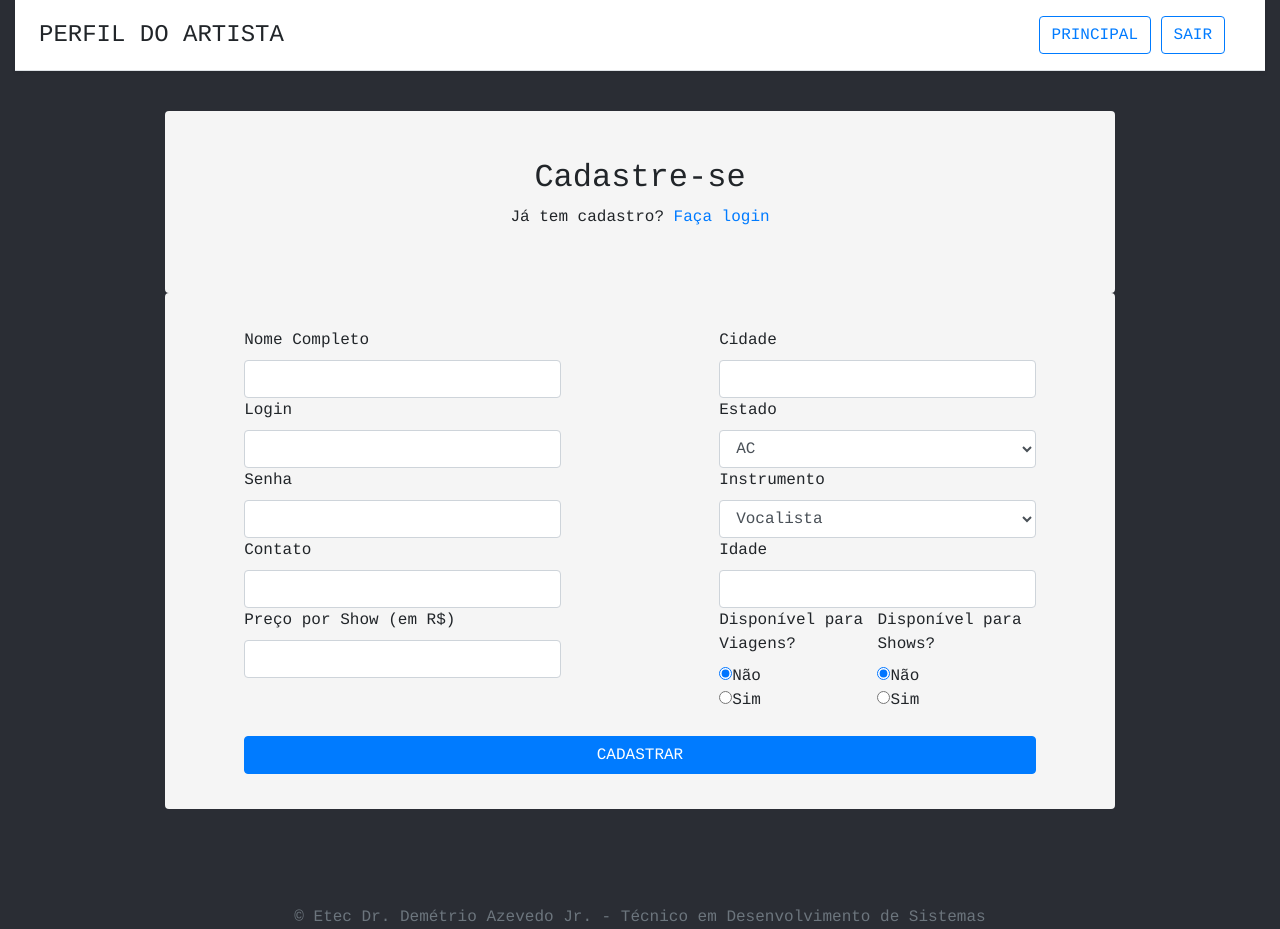
Repository: van051299/aula_20200211_crud
Page: http://localhost/perfil.php
An editor plug-in stored every save of this project. The page is shown before and after the next save, followed by the edit.
The browser window is 1280 px wide. The pictures show the whole page.
The page is run by PHP 8.4 with error messages shown; the project is at /var/www/html/. The session is filled in as if someone had signed in: {"login": "testuser"}. Other server files are loaded and not shown.

Above is the page before, as saved 2019-11-22 15:40:27.
Console error: TypeError: Cannot read properties of undefined (reading 'fn')

### 2511-v2.3/perfil.php
<?php
session_start();

include 'conexao.php';

if(empty($_SESSION["login"])){
	echo "<script>alert('Faça o login primeiramente!')</script>";
	header("Location:login.php");
}
?>

<!DOCTYPE html>
<html lang="pt-br">
	<head>
		<title>Perfil</title>
		<!-- Meta tags Obrigatórias -->
		<meta charset="utf-8" />
		<meta name="viewport" content="width=device-width, initial-scale=1, shrink-to-fit=no">
		<!-- Arquivo CSS Bootstrap -->
		<link rel="stylesheet" href="css/bootstrap.min.css" />
		<!-- Arquivo CSS do projeto -->
		<link rel="stylesheet" href="css/estilo.css" />
    <link rel="stylesheet" type="text/css" href="css/stylesheets.css">
		<!-- CSS interno -->
		<style>
		.container {
			max-width: 950px;

		}
		body {
			background-color: #2A2D34;
            font-family:courier,arial,helvetica;
		}
		</style>
  </head>

  <body>

    <div class="container-fluid">
        <div class="d-flex flex-column flex-md-row align-items-center p-3 px-md-4 mb-3 bg-white border-bottom shadow-sm">
            <h4 class="my-0 mr-md-auto font-weight-normal">PERFIL DO ARTISTA</h4>
            <nav class="my-2 my-md-0 mr-md-3">
				<a class="btn btn-outline-primary" href="index.php">PRINCIPAL</a>
				<a class="btn btn-outline-primary" href="logout.php">SAIR</a>
      </nav>
    </div>
    <br>

    <div class="py-5 text-center container rounded" style="background-color: #f5f5f5; padding-bottom: 35px; padding-top: 35px;">
        <h2>Cadastre-se</h2>
		      <p>Já tem cadastro?<a href="login.php"> Faça login</a></p>
      </div>

    <form action="" method="POST">
    <div class="container rounded " style="background-color: #f5f5f5; padding-bottom: 35px; padding-top: 35px;">
      <div class="row">
        <div class="col-1">

        </div>
      <div class="col-4 p-0">
        <label for="nome">Nome Completo</label>
        <input type="text" class="form-control " name="nome" id="nome" placeholder="" value="">
      </div>
      <div class="col-2 p-0">

      </div>
      <div class="col-4 p-0">
        <label for="cidade">Cidade</label>
        <input type="text" class="form-control" name="cidade" id="cidade" placeholder="" required>
      </div>
    </div>

        <div class="row">
          <div class="col-1">

          </div>
          <div class="col-4 p-0">
            <label for="login">Login</label>
            <input type="text" class="form-control" name="login" id="login" placeholder="" required>
          </div>
          <div class="col-2">

          </div>
          <div class="col-4 p-0">
            <label for="estado">Estado</label>
                <select class="form-control" name="estado" id="estado">
                    <option value="ac">AC</option>
                    <option value="al">AL</option>
                    <option value="ap">AP</option>
                    <option value="am">AM</option>
                    <option value="ba">BA</option>
                    <option value="ce">CE</option>
                    <option value="df">DF</option>
                    <option value="es">ES</option>
                    <option value="go">GO</option>
                    <option value="ma">MA</option>
                    <option value="ms">MS</option>
                    <option value="mt">MT</option>
                    <option value="mg">MG</option>
                    <option value="pa">PA</option>
                    <option value="pb">PB</option>
                    <option value="pr">PR</option>
                    <option value="pe">PE</option>
                    <option value="pi">PI</option>
                    <option value="rj">RJ</option>
                    <option value="rn">RN</option>
                    <option value="ro">RO</option>
                    <option value="rr">RR</option>
                    <option value="rs">RS</option>
                    <option value="sc">SC</option>
                    <option value="sp">SP</option>`
                    <option value="to">TO</option>
                    <option value="se">SE</option>
                </select>
          </div>
        </div>

        <div class="row">
          <div class="col-1">

          </div>
          <div class="col-4 p-0 ">
            <label for="senha">Senha</label>
            <input type="password" class="form-control" name="senha" id="senha" placeholder="" required>
          </div>
          <div class="col-2">

          </div>
          <div class="col-4 p-0">
            <label for="instrumento">Instrumento</label>
                <select class="form-control" name="instrumento" id="instrumento">
                    <option value="vocalista">Vocalista</option>
                    <option value="violao">Violão</option>
                    <option value="guitarra">Guitarra</option>
                    <option value="bateria">Bateria</option>
                    <option value="teclado">Teclado</option>
                    <option value="percussao">Percussão</option>
                    <option value="contrabaixo">Contrabaixo</option>
                    <option value="baixo">Baixo</option>
                    <option value="cavaquinho">Cavaquinho</option>
                    <option value="pandeiro">Pandeiro</option>
                </select>
          </div>
        </div>
        <div class="row">
          <div class="col-1">

          </div>
          <div class="col-4 p-0">
             <label for="contato">Contato</label>
              <input type="text" class="form-control" name="contato" id="contato" maxlength="15" required>
          </div>
          <div class="col-2">

          </div>
          <div class="col-4 p-0">
            <label for="idade">Idade</label>
            <input type="number" class="form-control" name="idade" id="idade" placeholder="" required>
          </div>
        </div>
        <div class="row">
          <div class="col-1">

          </div>
          <div class="col-4 p-0">
            <label for="preco">Preço por Show (em R$)</label>
            <input type="number" class="form-control" name="preco" id="preco" placeholder="" required>
          </div>
          <div class="col-2">

          </div>
          <div class="col-2 p-0">
            <label for="viagem">Disponível para Viagens?</label><br>
            <input type="radio"  name="viagem" value="nao" id="viagem" placeholder="" checked>Não<br>
            <input type="radio"  name="viagem" value="sim" id="viagem" placeholder="" >Sim
          </div>
          <div class="col-2 p-0">
            <label for="disponivel">Disponível para Shows?</label><br>
            <input type="radio"  name="disponivel" value="nao" id="disponivel" placeholder="" checked>Não<br>
            <input type="radio"  name="disponivel" value="sim" id="disponivel" placeholder="" >Sim
          </div>
        </div>
        <div class="row">
          <div class="col-12">
            <br>
          </div>
        </div>

        <div class="row">


          <div class="col-1">

          </div>
          <div class="col-10 p-0" >
            <input type="submit" class="btn btn-primary  btn-block" value="CADASTRAR">
          </div>
        </div>
  	</div><!-- fim class container -->
    <footer class="my-5 pt-5 text-muted text-center text-small">
        <p class="mb-1">&copy; Etec Dr. Demétrio Azevedo Jr. - Técnico em Desenvolvimento de Sistemas</p>
      </footer>
	<!-- documentos javascript -->
	<script src="js/bootstrap.min.js"></script>
	<script src="js/jquery.min.js"></script>
	<script src="js/popper.min.js"></script>
  </body>
</html>

### 2511-v2.3/conexao.php
<?php
$servidor = "localhost";
$usuario = "root";
$senha = ""; //minas
$database = "MUSICA";

$conexao = mysqli_connect($servidor, $usuario, $senha, $database);
mysqli_set_charset($conexao, "utf8");

if(!$conexao)
	echo "Falha na conexão do Database!" . mysqli_connect_error();
else
	//echo "Conexão bem-sucedida!";

?>

### 2511-v2.3/css/estilo.css
/* documento CSS */
html,
body {
  height: 100%;
}



.lh-condensed { line-height: 1.25; }

.form-signin {
  width: 100%;
  max-width: 300px;
  padding: 15px;
  margin: auto;
  text-align:center;
}
.form-signin {
  font-weight: 400;
}
.form-signin .form-control {
  position: relative;
  box-sizing: border-box;
  height: auto;
  padding: 10px;
  font-size: 16px;
}
.form-signin .form-control:focus {
  z-index: 2;
}
.form-signin input[type="text"] {
  margin-bottom: -1px;
  border-bottom-right-radius: 0;
  border-bottom-left-radius: 0;
}
.form-signin input[type="password"] {
  margin-bottom: 10px;
  border-top-left-radius: 0;
  border-top-right-radius: 0;
}
.semcadastro {
  padding-top: 30px;
}
.semcadastro p a{
  text-decoration:none;
  font-weight:800;
}

Loaded but not shown: 2511-v2.3/css/bootstrap.min.css (library); 2511-v2.3/js/bootstrap.min.js (library); 2511-v2.3/js/jquery.min.js (library); 2511-v2.3/js/popper.min.js (library); 2511-v2.3/css/stylesheets.css (no stored copy; drawn as an empty file)

After the next save:
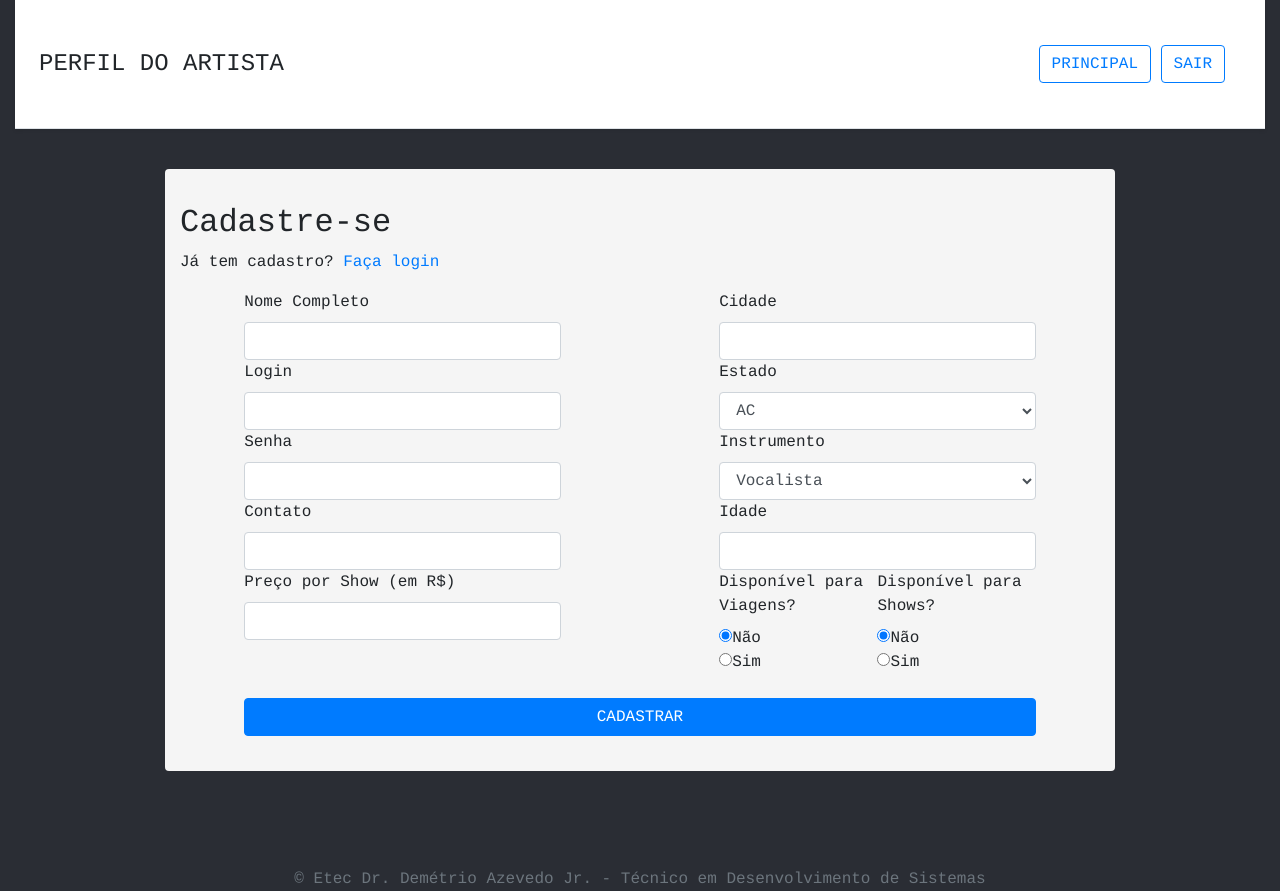
Saved 45 s later.
--- a/2511-v2.3/perfil.php
+++ b/2511-v2.3/perfil.php
@@ -43,16 +43,17 @@
 				<a class="btn btn-outline-primary" href="index.php">PRINCIPAL</a>
 				<a class="btn btn-outline-primary" href="logout.php">SAIR</a>
       </nav>
+
+      <div class="py-5 text-center">
+
+      </div>
     </div>
     <br>
 
-    <div class="py-5 text-center container rounded" style="background-color: #f5f5f5; padding-bottom: 35px; padding-top: 35px;">
-        <h2>Cadastre-se</h2>
-		      <p>Já tem cadastro?<a href="login.php"> Faça login</a></p>
-      </div>
-
     <form action="" method="POST">
     <div class="container rounded " style="background-color: #f5f5f5; padding-bottom: 35px; padding-top: 35px;">
+    <h2>Cadastre-se</h2>
+		      <p>Já tem cadastro?<a href="login.php"> Faça login</a></p>
       <div class="row">
         <div class="col-1">
 

After the 2 saves that followed:
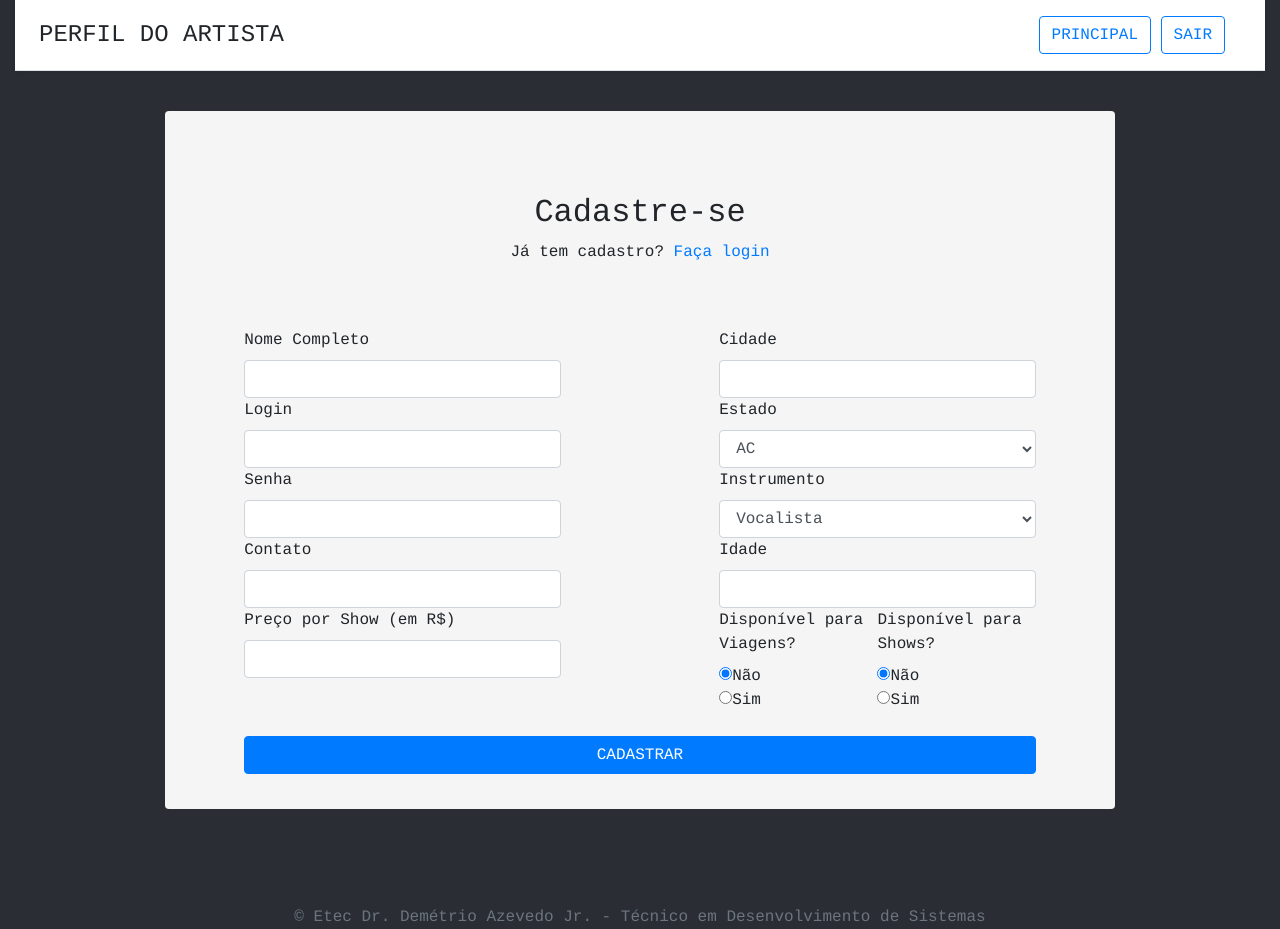
The 2 saves are shown as one change because 1 left the picture as it was.
The last was saved 34 s later.
--- a/2511-v2.3/perfil.php
+++ b/2511-v2.3/perfil.php
@@ -43,17 +43,15 @@
 				<a class="btn btn-outline-primary" href="index.php">PRINCIPAL</a>
 				<a class="btn btn-outline-primary" href="logout.php">SAIR</a>
       </nav>
-
-      <div class="py-5 text-center">
-
-      </div>
     </div>
     <br>
 
     <form action="" method="POST">
     <div class="container rounded " style="background-color: #f5f5f5; padding-bottom: 35px; padding-top: 35px;">
-    <h2>Cadastre-se</h2>
+    <div class="py-5 text-center">
+        <h2>Cadastre-se</h2>
 		      <p>Já tem cadastro?<a href="login.php"> Faça login</a></p>
+      </div>
       <div class="row">
         <div class="col-1">
 
